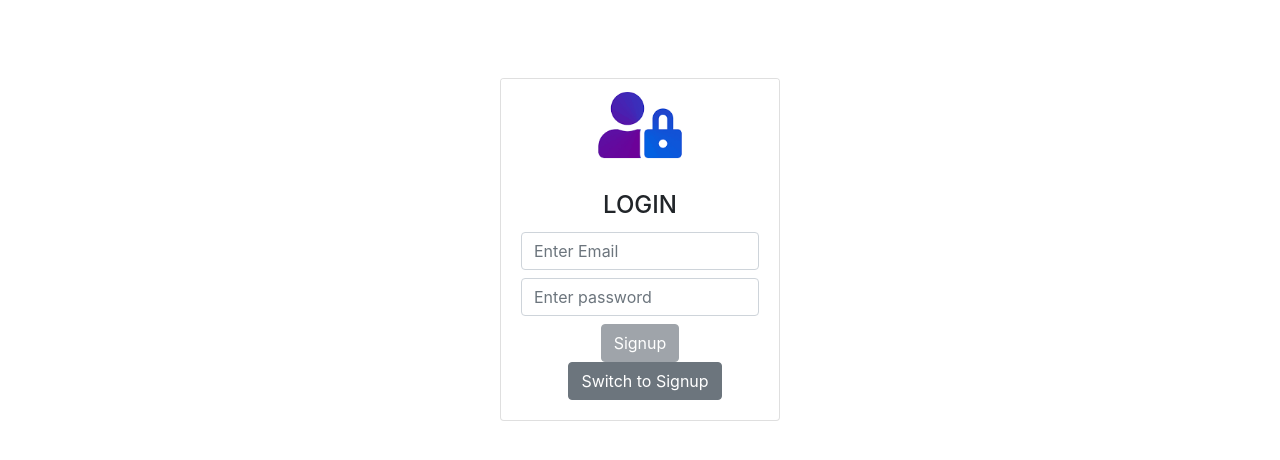
Repository: hosseinemami1370/iranicard
Page: /signup
The author's editor kept a copy of each file at every save. The page is drawn from the files as they stood at one save, then again after the next save.
The browser window is 1280 px wide. The pictures show the whole page.
The project was rebuilt for these pictures with package versions that can differ from the ones it lists, and the page was loaded fresh each time. The framework's server and built-in components were replaced by stand-ins that run in the browser. Also part of the build but not shown: nuxt.config.js, components/Header.vue, components/Logo.vue, components/UI/AppButton.vue, components/navigation/Header.vue, layouts/error.vue, layouts/header.vue.

Above is the page before, as saved 2021-03-15 12:42:14.

### layouts/default.vue
<template>
  <div>

    <Nuxt />
  </div>
</template>
<script>
// import Header from '@/components/navigation/Header'
 export default {
//    components:{
//      Header
//    }
computed:{

    loadedData() {
      return this.$store.getters.isAuthenticated

  }
}
 }

</script>

<style>
html {
  font-family:
    'Source Sans Pro',
    -apple-system,
    BlinkMacSystemFont,
    'Segoe UI',
    Roboto,
    'Helvetica Neue',
    Arial,
    sans-serif;
  font-size: 16px;
  word-spacing: 1px;
  -ms-text-size-adjust: 100%;
  -webkit-text-size-adjust: 100%;
  -moz-osx-font-smoothing: grayscale;
  -webkit-font-smoothing: antialiased;
  box-sizing: border-box;
}

*,
*::before,
*::after {
  box-sizing: border-box;
  margin: 0;
}

.button--green {
  display: inline-block;
  border-radius: 4px;
  border: 1px solid #3b8070;
  color: #3b8070;
  text-decoration: none;
  padding: 10px 30px;
}

.button--green:hover {
  color: #fff;
  background-color: #3b8070;
}

.button--grey {
  display: inline-block;
  border-radius: 4px;
  border: 1px solid #35495e;
  color: #35495e;
  text-decoration: none;
  padding: 10px 30px;
  margin-left: 15px;
}

.button--grey:hover {
  color: #fff;
  background-color: #35495e;
}
</style>

### store/index.js
import Vuex from "vuex";

import Cookie from "js-cookie";

const createStore =() =>{
   return new Vuex.Store({
    state:{
        loadedData:[],
        token:null,
        // visibelLogout:true
    },
    mutations:{
        SETTOKEN(state,token){
            state.token=token;
        },
        CLEARTOKEN(state) {
            state.token = null;
          },
          SETEDATA(state,data){
            state.loadedData=data;
          }
        // SETVISIBLE(state,visible){
        //     state.visibelLogout=visible
        // }
    },
    actions:{
        authenticationUser(vuexContext,authData){
            let authUrl =
          "https://www.googleapis.com/identitytoolkit/v3/relyingparty/verifyPassword?key=" +
          process.env.fbAPIKey;
        if (!authData.isLogin) {
          authUrl =
            "https://www.googleapis.com/identitytoolkit/v3/relyingparty/signupNewUser?key=" +
            process.env.fbAPIKey;
        }
        return this.$axios
          .$post(authUrl, {
            email: authData.email,
            password: authData.password,
            returnSecureToken: true
          })
          .then(result => {
            console.log("result:",result);
            vuexContext.commit("SETEDATA",result.email);
            vuexContext.commit("SETTOKEN", result.idToken);
            localStorage.setItem("token", result.idToken);
            localStorage.setItem("data",result.email);
            localStorage.setItem("isLogin",authData.isLogin)
            console.log("result.expiresIn",result.expiresIn);
            localStorage.setItem(
              "tokenExpiration",
              new Date().getTime() + Number.parseInt(result.expiresIn) * 1000
            );
            Cookie.set("jwt", result.idToken);
            Cookie.set(
              "expirationDate",
              new Date().getTime() + Number.parseInt(result.expiresIn) * 1000
            );
          })
          .catch(e => {
            console.log('error1:', e);
            alert("usre or password invalid!")
          });
        },
        initAuth(vuexContext, req) {
            let token;
            let expirationDate;
            if (req) {
              if (!req.headers.cookie) {
                return;
              }
              const jwtCookie = req.headers.cookie
                .split(";")
                .find(c => c.trim().startsWith("jwt="));
              if (!jwtCookie) {
                return;
              }
              token = jwtCookie.split("=")[1];
              expirationDate = req.headers.cookie
                .split(";")
                .find(c => c.trim().startsWith("expirationDate="))
                .split("=")[1];
            }
            else {
              token = localStorage.getItem("token");
              expirationDate = localStorage.getItem("tokenExpiration");
            }
            if (new Date().getTime() > +expirationDate || !token) {
              console.log("No token or invalid token");
              vuexContext.dispatch("logout");
              return;
            }
            vuexContext.commit("SETTOKEN", token);
          },
          logout(vuexContext) {
            vuexContext.commit("CLEARTOKEN");
            Cookie.remove("jwt");
            Cookie.remove("expirationDate");
            if (process.client) {
              localStorage.removeItem("token");
              localStorage.removeItem("tokenExpiration");
            }
          },
        // setVisible(vuexContext,payload){
        //     vuexContext.commit("SETVISIBLE", payload);
        // }
    },
    getters: {
      loadedData(state) {
        return state.loadedData;
      },
      isAuthenticated(state) {
        return state.token != null;
      },
      // loadedVisible(state){
      //   return state.visibelLogout
      // }
    }
   })
}
export default createStore;

### plugins/core-component.js
import Vue from 'vue';
import AppButton from '@/components/UI/AppButton'
import Vuelidate from 'vuelidate'
Vue.use(Vuelidate)
Vue.component('AppButton', AppButton)

### pages/signup/index.vue
<template>
  <div class="admin-auth-page">
    <div class="auth-container">
      <b-card
        title="LOGIN"
        style="max-with: 10rem"
        class="mt-5 text-center"
        img-src="@/assets/download.png"
        img-top
      >
        <b-form @submit.prevent="onSubmit">
          <b-form-input
            :class="{ error: $v.email.$error }"
            id="email"
            v-model.trim="email"
            @input="$v.email.$touch()"
            placeholder="Enter Email"
          >
          </b-form-input>
          <div v-if="$v.email.$dirty">
            <p class="error-message" v-if="!$v.email.email">
              Please enter a valid email address.
            </p>
            <p class="error-message" v-if="!$v.email.required">
              Email must not be empty.
            </p>
          </div>

          <b-form-input
            type="password"
            :class="{ error: $v.password.$error }"
            class="mt-2"
            required
            id="password"
            v-model.trim="password"
            @input="$v.password.$touch()"
            placeholder="Enter password"
          >
          </b-form-input>
          <div v-if="$v.password.$dirty">
            <p class="error-message" v-if="!$v.password.required">
              Password must not be empty.
            </p>
          </div>

          <b-form-input
            type="password"
            v-if="!isLogin"
            :class="{ error: $v.repeatPassword.$error }"
            class="mt-2"
            required
            id="password2"
            v-model.trim="repeatPassword"
            @input="$v.repeatPassword.$touch()"
            placeholder="Re-type password"
          >

          </b-form-input>
          <div v-if="$v.repeatPassword.$dirty || !isLogin">
              <p class="error-message" v-if="!$v.repeatPassword.sameAsPassword || !isLogin">
                Passwords must be identical.
              </p>

              <p class="error-message" v-if="!$v.repeatPassword.required || !isLogin">
                Password must not be empty.
              </p>
            </div>

          <div class="mt-2">
            <b-button type="submit" :disabled="$v.$invalid">Signup</b-button>
            <b-button
              type="button"
              style="margin-left: 10px"
              @click="isLogin = !isLogin"
              >Switch to {{ isLogin ? "Signup" : "Login" }}</b-button
            >
          </div>
        </b-form>
      </b-card>
    </div>
  </div>
</template>

<script>
import { required, minLength, email, sameAs } from "vuelidate/lib/validators";

export default {
  layout: "admin",
  // middelware:["check-login"],
  data() {
    return {
      isLogin: true,
      email: "",
      password: "",
      repeatPassword: "",
      message: "",
    };
  },
  validations: {
    email: {
      required,
      email,
    },
    password: {
      required,
      minLength: minLength(6),
    },
    repeatPassword: {
      required,
      minLength: minLength(6),
      sameAsPassword: sameAs("password"),
    },
  },

  methods: {
    onSubmit() {
      if (!this.$v.$invalid) {
        this.$store
          .dispatch("authenticationUser", {
            email: this.email,
            password: this.password,
            isLogin: this.isLogin,
          })
          .then(() => {
            this.$router.push("/user");
          });
      }
    },
  },
};
</script>

<style scoped>
.error-message {
  color: red;
}
.admin-auth-page {
  padding: 20px;
}

.auth-container {
  /* border: 1px solid #ccc;
  border-radius: 5px;
  box-shadow: 0 2px 2px #ccc; */
  width: 300px;
  margin: auto;
  padding: 10px;
  /* box-sizing: border-box; */
}
</style>

Loaded but not shown: layouts/admin.vue (common file)

After the next save:
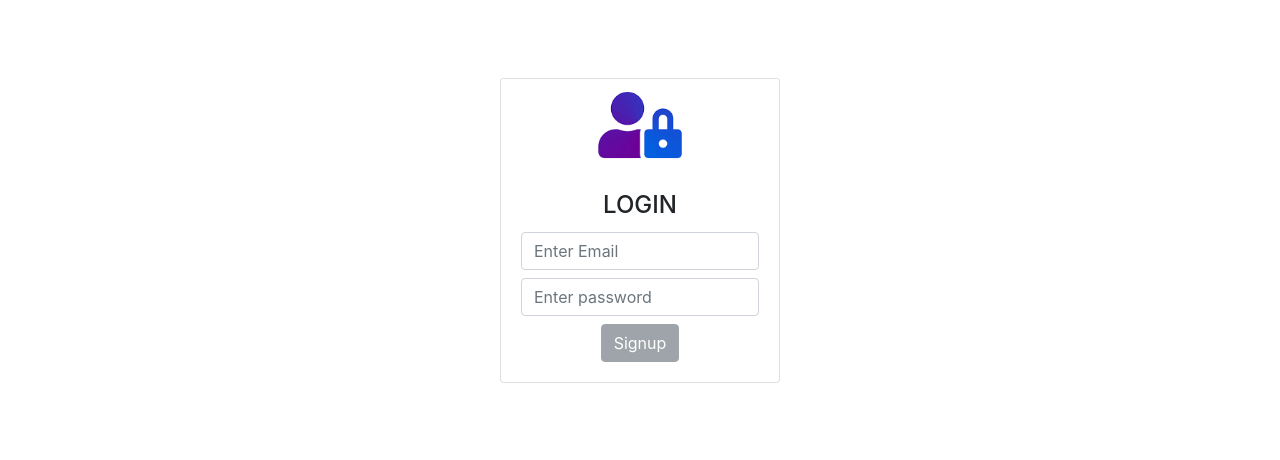
Saved 11 s later.
--- a/pages/signup/index.vue
+++ b/pages/signup/index.vue
@@ -68,12 +68,7 @@
 
           <div class="mt-2">
             <b-button type="submit" :disabled="$v.$invalid">Signup</b-button>
-            <b-button
-              type="button"
-              style="margin-left: 10px"
-              @click="isLogin = !isLogin"
-              >Switch to {{ isLogin ? "Signup" : "Login" }}</b-button
-            >
+
           </div>
         </b-form>
       </b-card>
